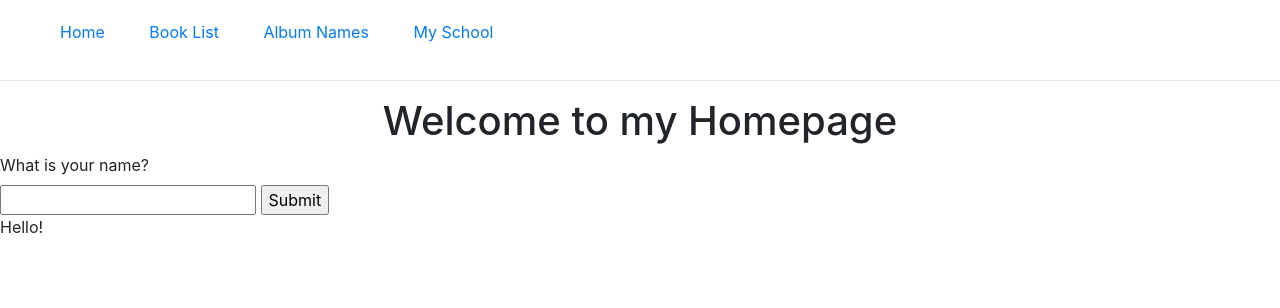
Repository: KodakBrax/CS50
Page: pset8/homepage/index.html
The author's editor kept a record of every edit. The page is drawn from the files as they stood at one moment, then again after the next edit.
The browser window is 1280 px wide. The pictures show the whole page.

Above is the page before.

### pset8/homepage/index.html
<!DOCTYPE html>

<html lang="en">
    <head>
        <link href="https://stackpath.bootstrapcdn.com/bootstrap/4.1.3/css/bootstrap.min.css" rel="stylesheet">
        <link href="styles.css" rel="stylesheet">
        <title>My Webpage</title>
        <script>
            function greet() {
                let name = document.querySelector('#name').value;
                if (name === '') {
                    name = 'World';
                }
                document.querySelector('#fin').innerHTML = 'Hello, ' + name + '!';
            }
        </script>
    </head>
    <body>
        <ul>
            <li><a href="index.html">Home</a></li>
            <li><a href="book.html">Book List</a></li>
            <li><a href="album.html">Album Names</a></li>
            <li><a href="school.html">My School</a></li>
        </ul>
        <hr>
        <h1>Welcome to my Homepage</h1>
        <form onsubmit="greet(); return false">
            <label for="name">What is your name?</label><br>
            <input type="text" id="name" name="name">
            <input type="submit">
        </form>
        <div id="fin">
            Hello!
        </div>
    </body>
</html>

### pset8/homepage/styles.css
li {
    display: inline-block;
    padding: 20px;
}

h1 {
    text-align: center;
}

#list li {
    display: block;
    text-align: center;
    padding: 0;
}

After the next edit:
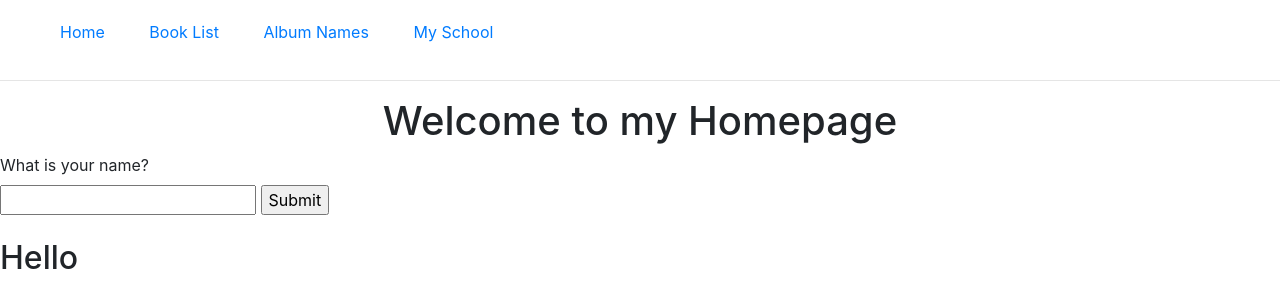
The edit:
--- a/pset8/homepage/index.html
+++ b/pset8/homepage/index.html
@@ -29,8 +29,7 @@
             <input type="text" id="name" name="name">
             <input type="submit">
         </form>
-        <div id="fin">
-            Hello!
-        </div>
+        <br>
+        <h2 id="fin">Hello</h2>
     </body>
 </html>
